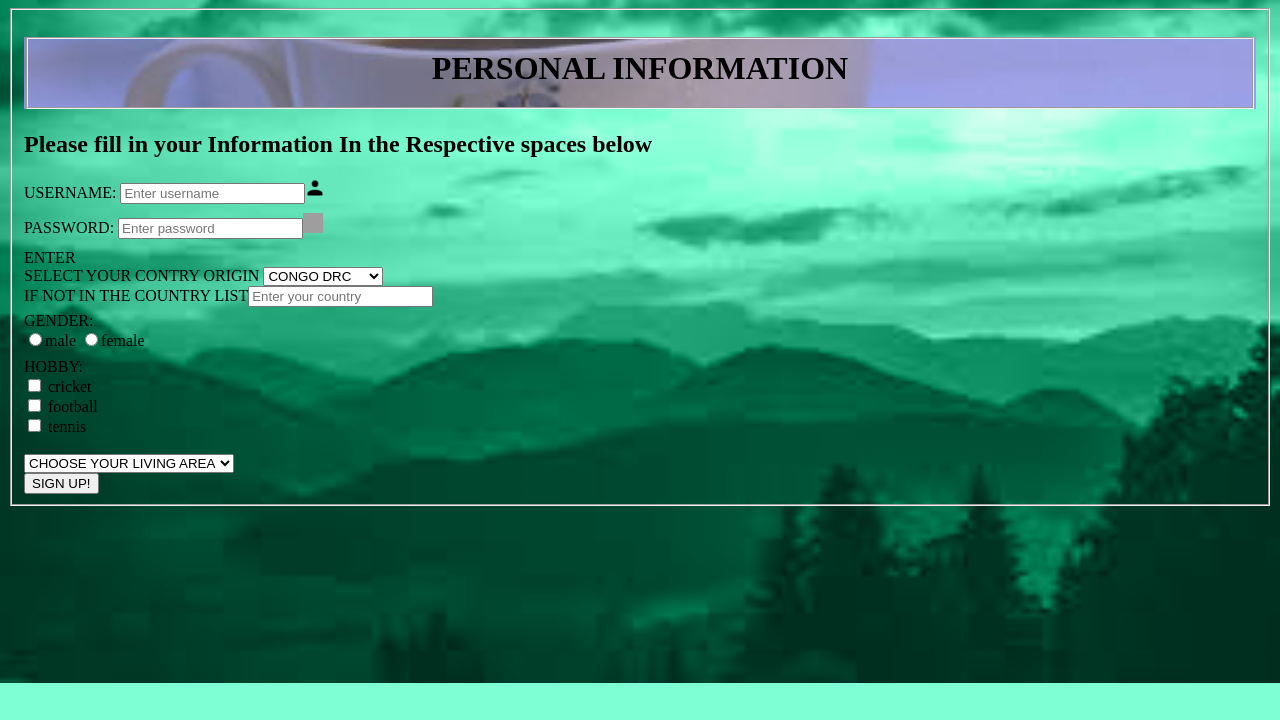
Repository: mirambialex/myform
Page: website/INDEX.HTML
An editor plug-in stored every save of this project. The page is shown before and after the next save, followed by the edit.
The browser window is 1280 px wide. The pictures show the whole page.
Pictures or frames that could not be fetched are drawn as grey boxes.

Above is the page before, as saved 2024-04-16 11:52:14.

After the next save:
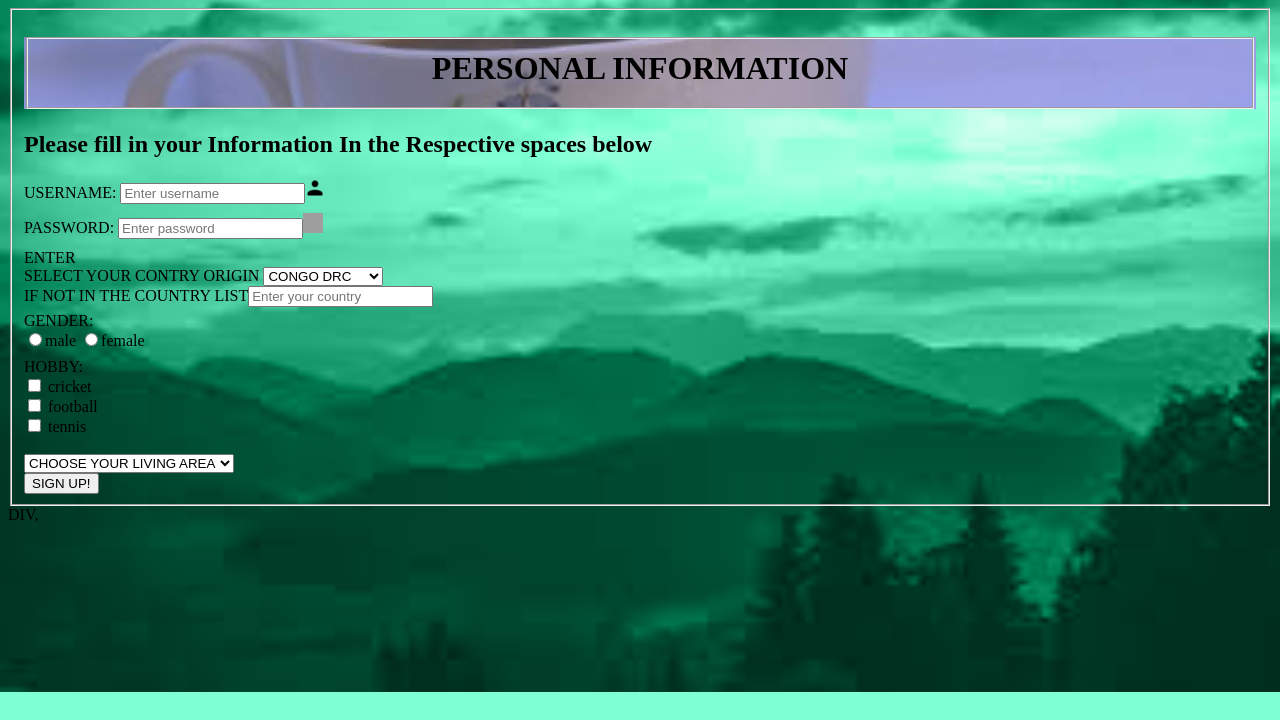
Saved 5 s later.
--- a/website/INDEX.HTML
+++ b/website/INDEX.HTML
@@ -68,6 +68,6 @@ HOBBY:<br>
 </FIEldset>
 </div>
 </div>
-
+DIV,
  </body>
 </html>
